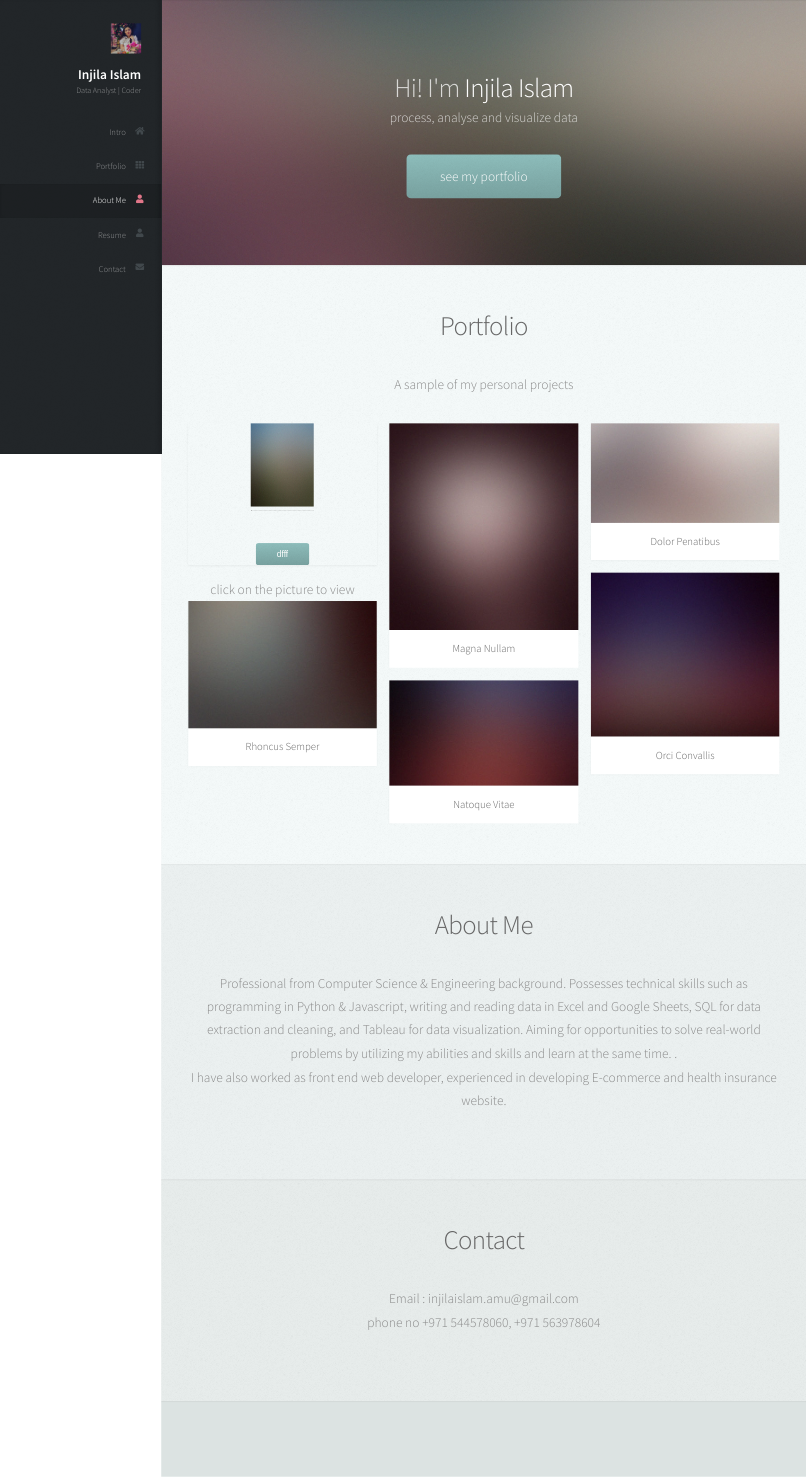
Repository: IslamInjila/new_portfolio
Page: index.html
The author's editor kept a copy of each file at every save. The page is drawn from the files as they stood at one save, then again after the next save.
The browser window is 1280 px wide. The pictures show the whole page, at 63% of full size.

Above is the page before, as saved 2021-03-06 17:14:48.

### index.html
<!DOCTYPE HTML>
<!--
	Prologue by HTML5 UP
	html5up.net | @ajlkn
	Free for personal and commercial use under the CCA 3.0 license (html5up.net/license)
-->
<html>
	<head>
		<title>Prologue by HTML5 UP</title>
		<meta charset="utf-8" />
		<meta name="viewport" content="width=device-width, initial-scale=1, user-scalable=no" />
		<link rel="stylesheet" href="assets/css/main.css" />
	</head>
	<body class="is-preload">

		<!-- Header -->
			<div id="header">

				<div class="top">

					<!-- Logo -->
						<div id="logo">
							<span class="image avatar48"><img src="images/profileImage.jpg" alt="" /></span>
							<h1 id="title">Injila Islam</h1>
							<p>Data Analyst | Coder</p>
						</div>

					<!-- Nav -->
						<nav id="nav">
							<ul>
								<li><a href="#top" id="top-link"><span class="icon solid fa-home">Intro</span></a></li>
								<li><a href="#portfolio" id="portfolio-link"><span class="icon solid fa-th">Portfolio</span></a></li>
								<li><a href="#about" id="about-link"><span class="icon solid fa-user">About Me</span></a></li>
								<li><a href="#resume" id="about-link"><span class="icon solid fa-user">Resume</span></a></li>
								<li><a href="#contact" id="contact-link"><span class="icon solid fa-envelope">Contact</span></a></li>

							</ul>
						</nav>

				</div>

				<div class="bottom">

					<!-- Social Icons -->
						<!-- <ul class="icons">
							<li><a href="#" class="icon brands fa-twitter"><span class="label">Twitter</span></a></li>
							<li><a href="#" class="icon brands fa-facebook-f"><span class="label">Facebook</span></a></li>
							<li><a href="#" class="icon brands fa-github"><span class="label">Github</span></a></li>
							<li><a href="#" class="icon brands fa-dribbble"><span class="label">Dribbble</span></a></li>
							<li><a href="#" class="icon solid fa-envelope"><span class="label">Email</span></a></li>
						</ul> -->

				</div>

			</div>

		<!-- Main -->
			<div id="main">

				<!-- Intro -->
					<section id="top" class="one dark cover">
						<div class="container">

							<header>
								<h2 class="alt">Hi! I'm <strong>Injila Islam</strong>
								<h5>process, analyse and visualize data
							</header>

							<footer>
								<a href="#portfolio" class="button scrolly">see my portfolio</a>
							</footer>

						</div>
					</section>

				<!-- Portfolio -->
					<section id="portfolio" class="two">
						<div class="container">

							<header>
								<h2>Portfolio</h2>
							</header>

							<p>A sample of my personal projects</p>

							<div class="row">
								<div class="col-4 col-12-mobile">
									<article class="item ">
										<!-- <a href="#" class="image fit"><img src="images/pic02.jpg" alt="" /></a>
										<header>
											<h3>Ipsum Feugiat</h3>
										</header> -->
										<p><a href="https://www.w3schools.com">
											<img src="images/pic02.jpg" alt="W3Schools.com" width="100" height="132">
											</a></p>
											<button> dfff</button>
									</article>
								    click on the picture to view
									<article class="item">
										<a href="#" class="image fit"><img src="images/pic03.jpg" alt="" /></a>
										<header>
											<h3>Rhoncus Semper</h3>
										</header>
									</article>
								</div>
								<div class="col-4 col-12-mobile">
									<article class="item">
										<a href="#" class="image fit"><img src="images/pic04.jpg" alt="" /></a>
										<header>
											<h3>Magna Nullam</h3>
										</header>
									</article>
									<article class="item">
										<a href="#" class="image fit"><img src="images/pic05.jpg" alt="" /></a>
										<header>
											<h3>Natoque Vitae</h3>
										</header>
									</article>
								</div>
								<div class="col-4 col-12-mobile">
									<article class="item">
										<a href="#" class="image fit"><img src="images/pic06.jpg" alt="" /></a>
										<header>
											<h3>Dolor Penatibus</h3>
										</header>
									</article>
									<article class="item">
										<a href="#" class="image fit"><img src="images/pic07.jpg" alt="" /></a>
										<header>
											<h3>Orci Convallis</h3>
										</header>
									</article>
								</div>
							</div>

						</div>
					</section>

				<!-- About Me -->
					<section id="about" class="three">
						<div class="container">

							<header>
								<h2>About Me</h2>
							</header>

							<!-- <a href="#" class="image featured"><img src="images/profilePic.jpg" alt="" /></a> -->

							<p>Professional from Computer Science & Engineering background.

                               Possesses technical skills such as programming in Python & Javascript, writing and reading data in Excel and Google Sheets, SQL for data extraction and cleaning, and Tableau for data visualization.
								Aiming for opportunities to solve real-world problems by utilizing my abilities and skills and learn at the same time. .<br>
								I have also worked as front end web developer, experienced in developing E-commerce and health insurance website.

						</div>
					</section>


				<!-- Contact -->
					<section id="contact" class="four">
						<div class="container">

							<header>
								<h2>Contact</h2>
							</header>
							<P> Email : injilaislam.amu@gmail.com
							<br>phone no  +971 544578060, +971 563978604</p>

							<!-- <p>Elementum sem parturient nulla quam placerat viverra
							mauris non cum elit tempus ullamcorper dolor. Libero rutrum ut lacinia
							donec curae mus. Eleifend id porttitor ac ultricies lobortis sem nunc
							orci ridiculus faucibus a consectetur. Porttitor curae mauris urna mi dolor.</p> -->
<!--
							<form method="post" action="#">
								<div class="row">
									<div class="col-6 col-12-mobile"><input type="text" name="name" placeholder="Name" /></div>
									<div class="col-6 col-12-mobile"><input type="text" name="email" placeholder="Email" /></div>
									<div class="col-12">
										<textarea name="message" placeholder="Message"></textarea>
									</div>
									<div class="col-12">
										<input type="submit" value="Send Message" />
									</div>
								</div>
							</form> -->

						</div>
					</section>

			</div>

		<!-- Footer -->
			<div id="footer">

				<!-- Copyright -->
					<!-- <ul class="copyright">
						<li>&copy; Untitled. All rights reserved.</li><li>Design: <a href="http://html5up.net">HTML5 UP</a></li>
					</ul> -->

			</div>

		<!-- Scripts -->
			<script src="assets/js/jquery.min.js"></script>
			<script src="assets/js/jquery.scrolly.min.js"></script>
			<script src="assets/js/jquery.scrollex.min.js"></script>
			<script src="assets/js/browser.min.js"></script>
			<script src="assets/js/breakpoints.min.js"></script>
			<script src="assets/js/util.js"></script>
			<script src="assets/js/main.js"></script>

	</body>
</html>

Loaded but not shown: assets/css/fontawesome-all.min.css (library); assets/js/jquery.min.js (library); assets/js/jquery.scrolly.min.js (common file); assets/js/jquery.scrollex.min.js (common file); assets/js/browser.min.js (common file); assets/js/breakpoints.min.js (common file); assets/js/util.js (587 lines, source omitted); assets/js/main.js (123 lines, source omitted); assets/css/main.css (2633 lines, source omitted)

After the next save:
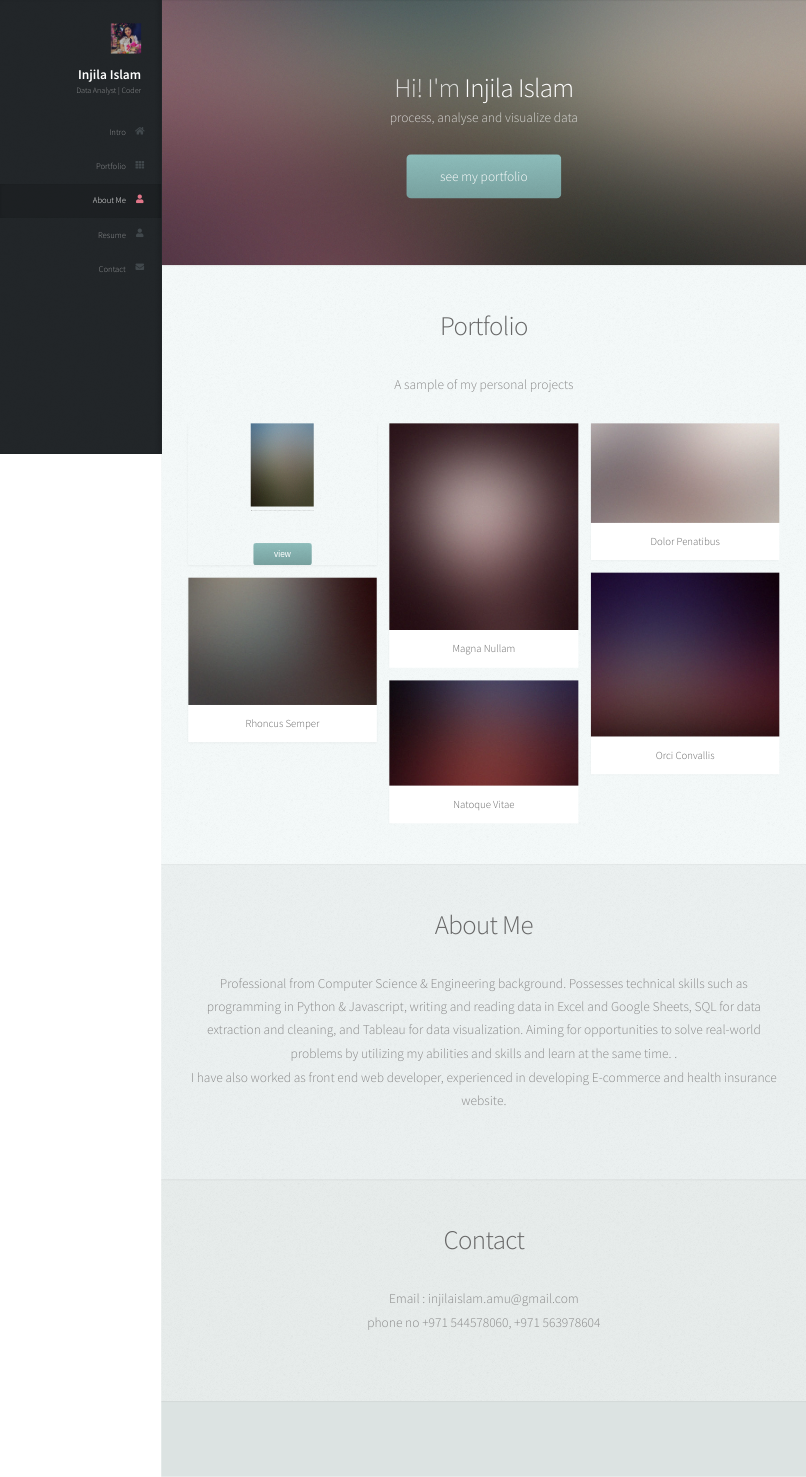
Saved 16 s later.
--- a/index.html
+++ b/index.html
@@ -93,9 +93,9 @@
 										<p><a href="https://www.w3schools.com">
 											<img src="images/pic02.jpg" alt="W3Schools.com" width="100" height="132">
 											</a></p>
-											<button> dfff</button>
-									</article>
-								    click on the picture to view
+											<button> view</button>
+									</article>
+
 									<article class="item">
 										<a href="#" class="image fit"><img src="images/pic03.jpg" alt="" /></a>
 										<header>
